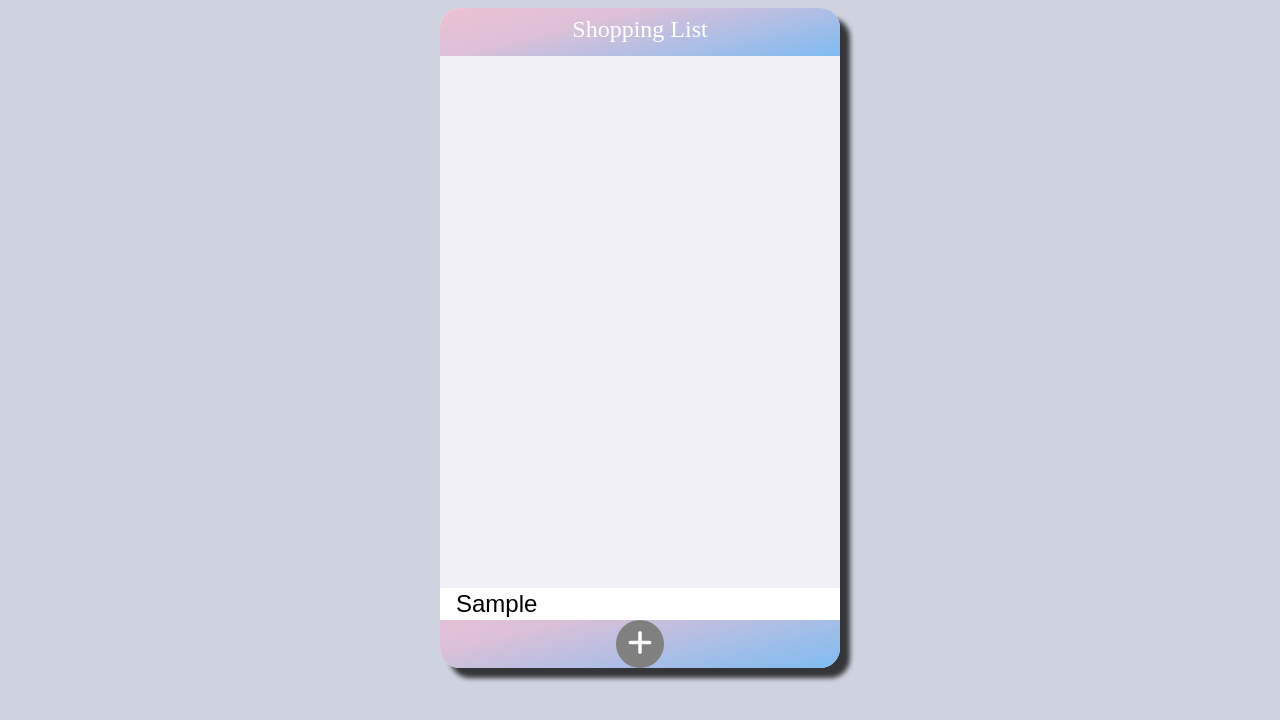
Repository: ggandory/browser101
Page: chapter5/index.html
An editor plug-in stored every save of this project. The page is shown before and after the next save, followed by the edit.
The browser window is 1280 px wide. The pictures show the whole page.
Empty fields were first filled with sample values (such as "Sample", 5 or name@example.com).
After loading, the first visible `button.footer_button` was clicked once.
Some web libraries are served in a nearby version.

Above is the page before, as saved 2024-04-16 21:16:13.
Console error: TypeError: items.innerHTML is not a function

After the next save:
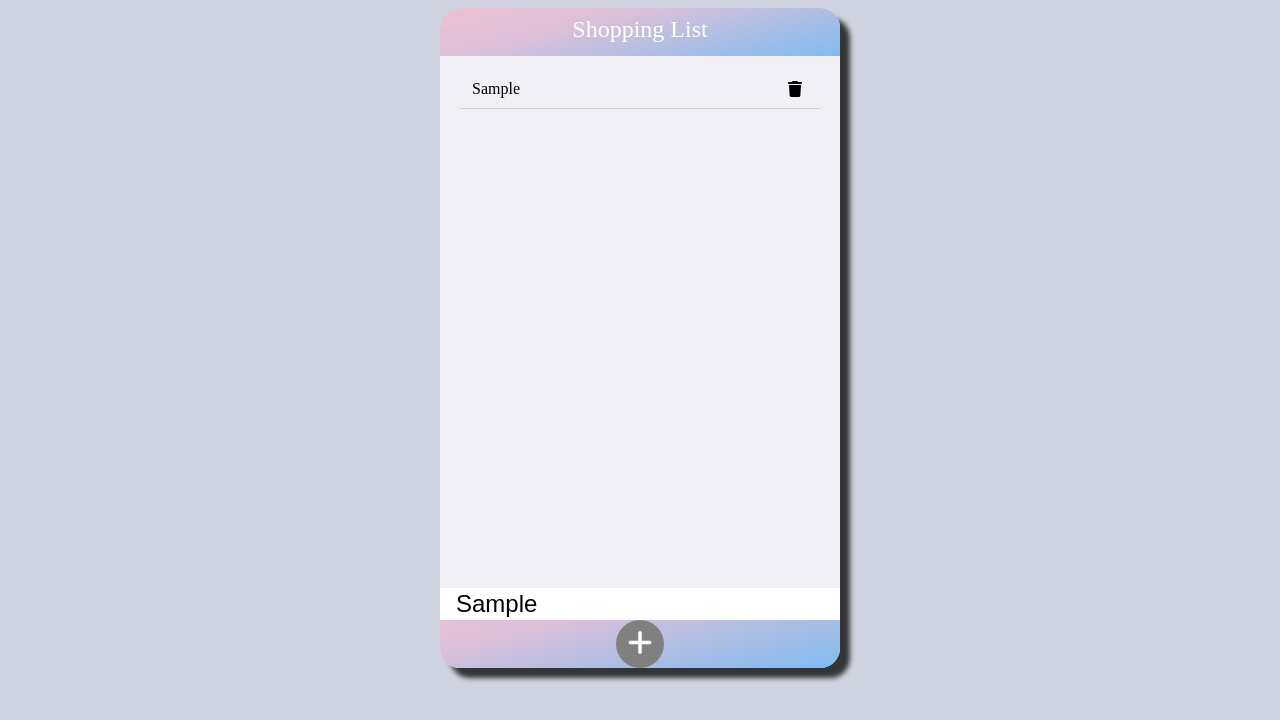
Console error: TypeError: item.scrollIntoView is not a function
Saved 95 s later.
--- a/chapter5/main.js
+++ b/chapter5/main.js
@@ -16,7 +16,7 @@ function onAdd() {
   const item = createItem(text);
 
   //3. items 컨테이너 안에 새로 만든 아이템을 추가한다.
-  items.innerHTML(item);
+  items.innerHTML = item;
 
   //3.5 새로 추가된 아이템으로 스크롤링
   item.scrollIntoView({ block: "center" });
